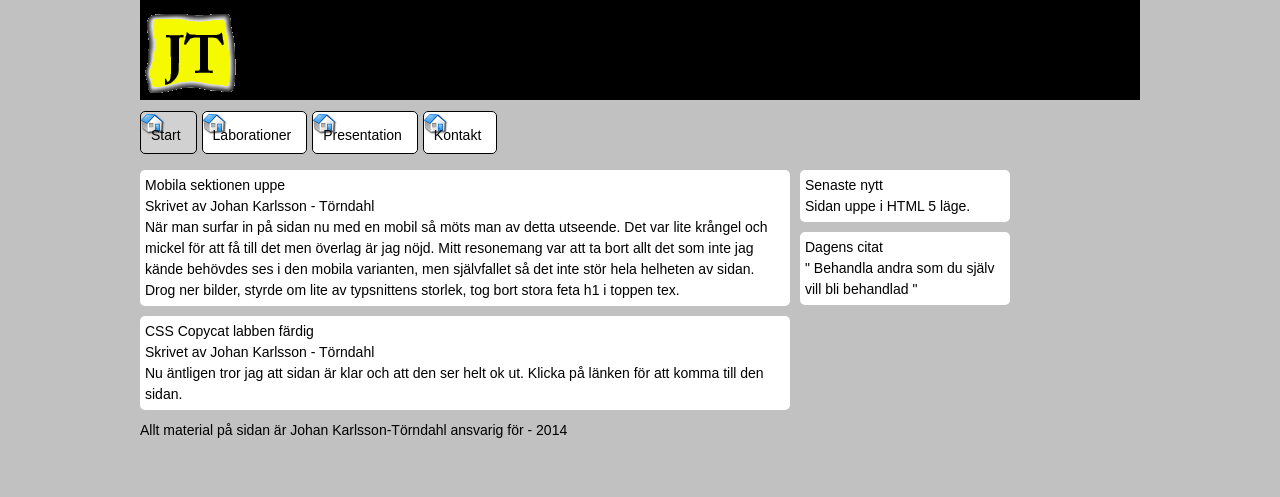
Repository: jt222ia/1ik415-jt222ia-laborationer
Page: htmlfem/index.html
The author's editor kept a record of every edit. The page is drawn from the files as they stood at one moment, then again after the next edit.
The browser window is 1280 px wide. The pictures show the whole page.

Above is the page before.

After the next edit:
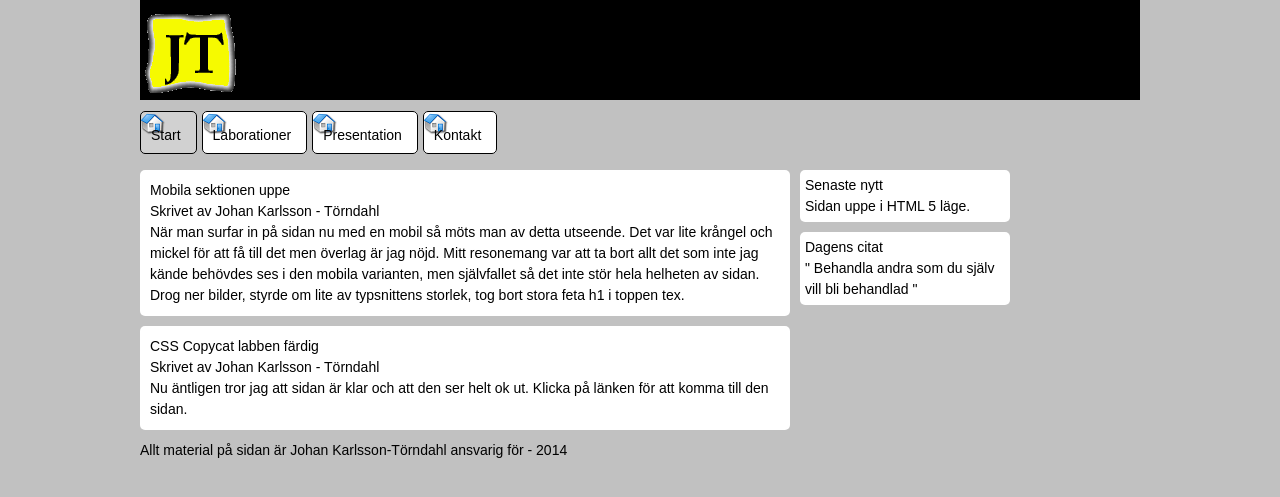
The edit:
--- a/htmlfem/style.css
+++ b/htmlfem/style.css
@@ -129,7 +129,7 @@
 .blogg {
    background-color:#fff;
    margin-bottom:10px;
-   padding:5px 5px;
+   padding:10px 10px;
    border-radius:5px;
    -moz-border-radius:5px;
    -webkit-border-radius:5px;
